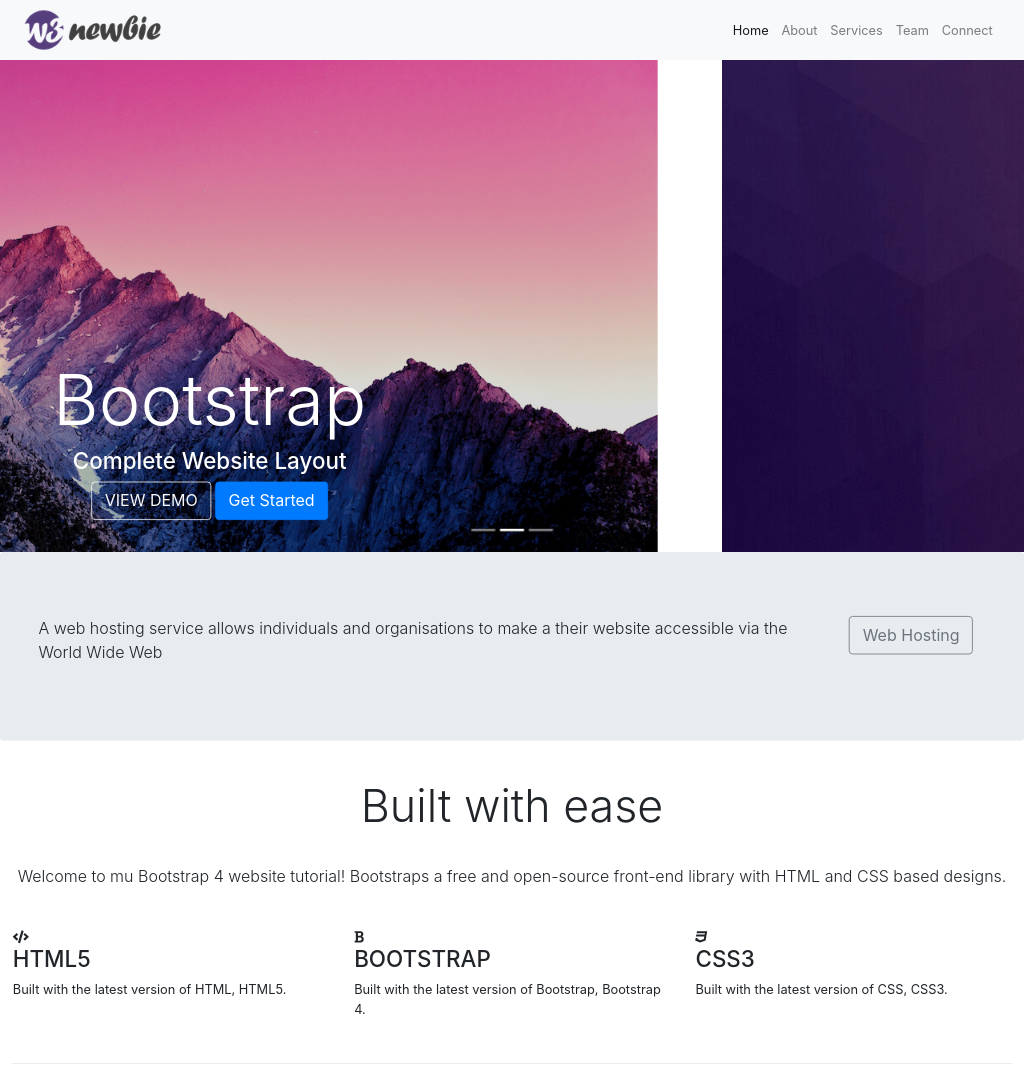
Repository: rkyankya/Bootstrap-1
Page: index.html
The author's editor kept a copy of each file at every save. The page is drawn from the files as they stood at one save, then again after the next save.
The browser window is 1280 px wide. The pictures show the whole page, at 80% of full size.
Some web libraries are served in a nearby version.

Above is the page before, as saved 2019-12-15 18:07:07.

After the next save:
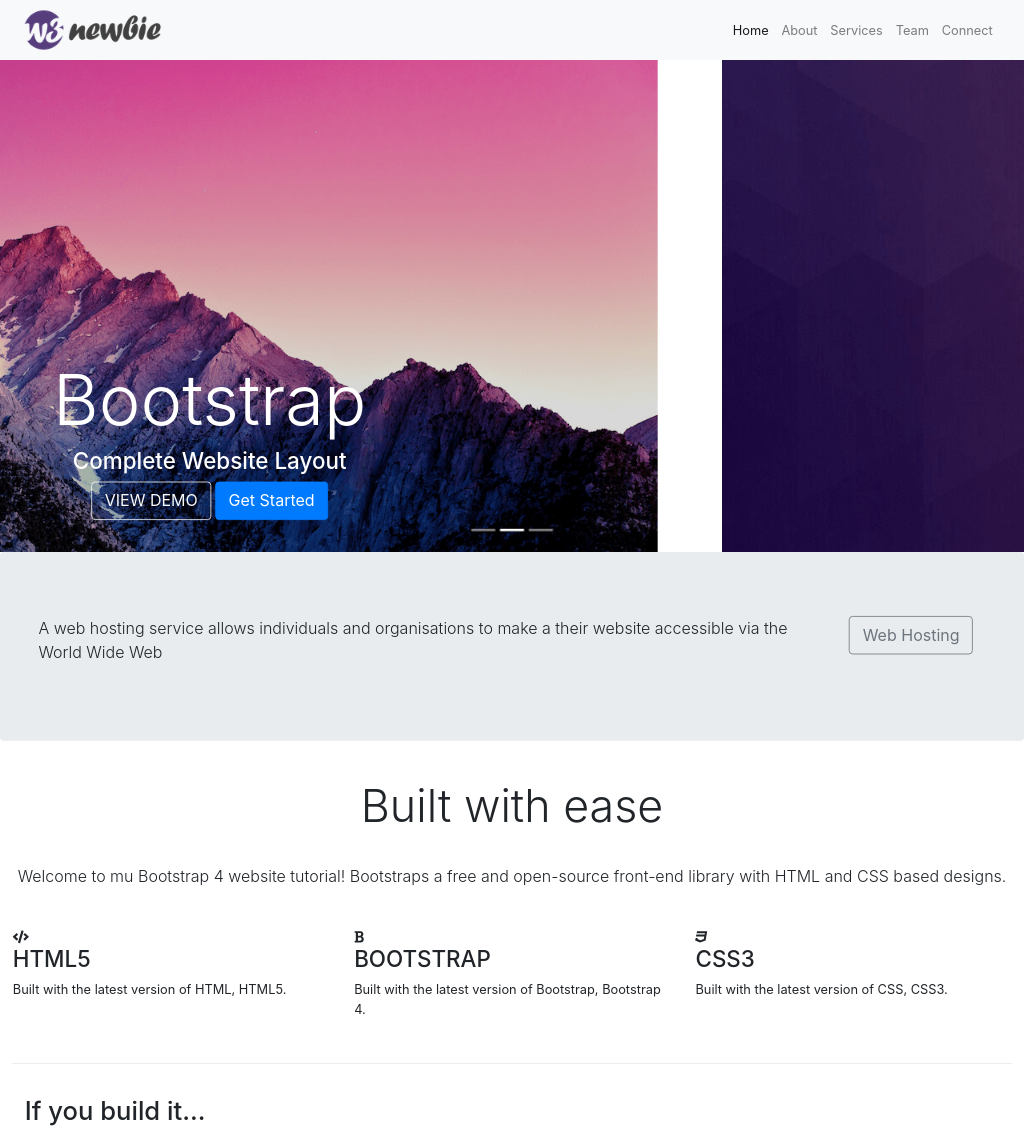
Saved 2 min 38 s later.
--- a/index.html
+++ b/index.html
@@ -125,7 +125,9 @@
     <!--- Two Column Section -->
     <div class="container-fluid padding">
         <div class="row-padding">
-
+            <div class="col-md-12 col-lg-6">
+                <h2>If you build it...</h2>
+            </div>
         </div>
     </div>
 
